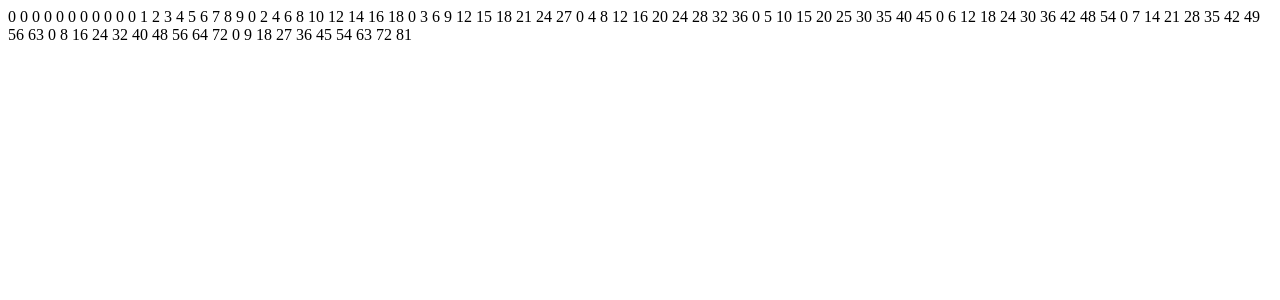
Repository: sktama/php-practice
Page: http://localhost/exercise/multiplication_table.php
The author's editor kept a record of every edit. The page is drawn from the files as they stood at one moment, then again after the next edit.
The browser window is 1280 px wide. The pictures show the whole page.
The page is run by PHP 8.4 with error messages shown; the project is at /var/www/html/.

Above is the page before.

After the next edit:
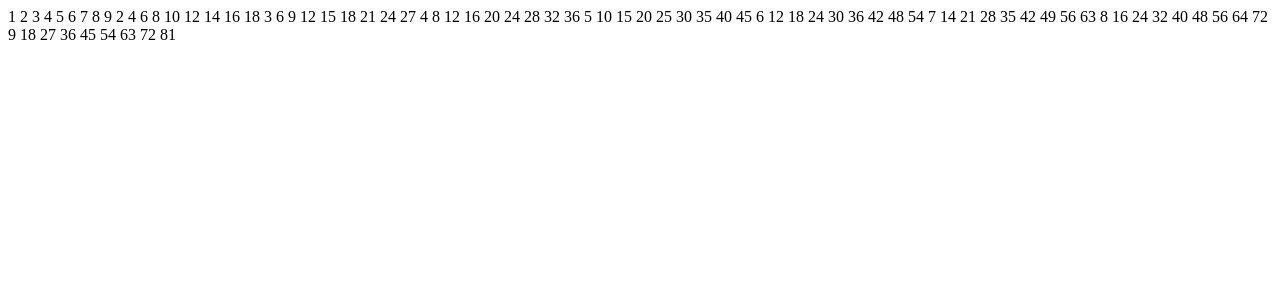
The edit:
--- a/exercise/multiplication_table.php
+++ b/exercise/multiplication_table.php
@@ -1,6 +1,6 @@
 <?php
-    for($i = 0; $i < 10; $i++){
-        for($j = 0; $j < 10; $j++){
+    for($i = 1; $i <= 9; $i++){
+        for($j = 1; $j <= 9; $j++){
             echo $i * $j."\n";
         }
         echo "\n";
